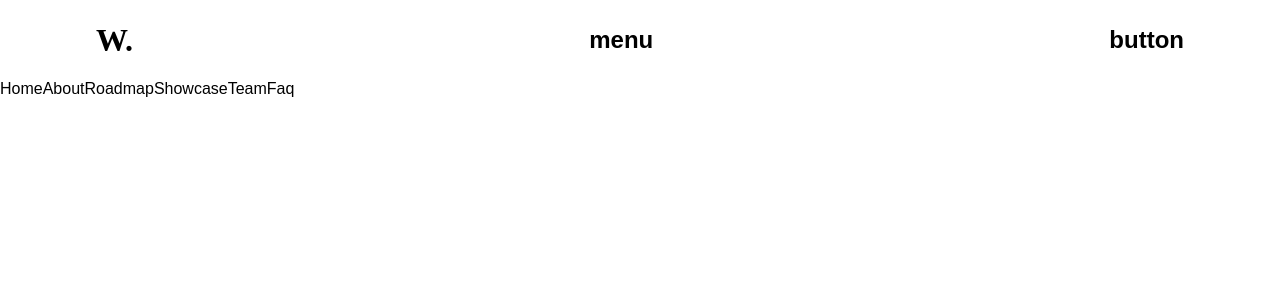
Repository: guilhermecardoso93/The-Weirdos-NFT-Website-Starter-Code
Page: /
The author's editor kept a copy of each file at every save. The page is drawn from the files as they stood at one save, then again after the next save.
The browser window is 1280 px wide. The pictures show the whole page.
Some web fonts or font styles are not loaded; a fallback is used. The project was rebuilt for these pictures with package versions that can differ from the ones it lists, and the page was loaded fresh each time.

Above is the page before, as saved 2023-11-13 18:50:40.

### src/index.js
import React from 'react';
import ReactDOM from 'react-dom';
import {App} from './App';
import '../node_modules/normalize.css/normalize.css';
import { BrowserRouter } from 'react-router-dom';

//import reportWebVitals from './reportWebVitals';

ReactDOM.render(
  <React.StrictMode>
    <BrowserRouter>
      <App />
    </BrowserRouter>
  </React.StrictMode>,
  document.getElementById('root')
);

// If you want to start measuring performance in your app, pass a function
// to log results (for example: reportWebVitals(console.log))
// or send to an analytics endpoint. Learn more: https://bit.ly/CRA-vitals
//reportWebVitals();

### src/App.js
import { ThemeProvider } from "styled-components";

import { GlobalStyles } from "./styles/GlobalStyles";
import { light } from "./styles/Theme";

import { Navigation } from "./components/Navigation";
import { Home } from "./components/sections/Home";
import { About } from "./components/sections/About";
import { Roadmap } from "./components/sections/Roadmap";
import { Showcase } from "./components/sections/Showcase";
import { Team } from "./components/sections/Team";
import { Faq } from "./components/sections/Faq";

export function App() {
  return (
    <>
      <GlobalStyles />
        <ThemeProvider theme={light}>
          <Navigation />
          <Home />
          <About />
          <Roadmap />
          <Showcase />
          <Team />
          <Faq />
        </ThemeProvider>
    </>
  );
}

### src/styles/GlobalStyles.js
import { createGlobalStyle } from "styled-components"

import '@fontsource/akaya-telivigala';
import '@fontsource-variable/sora';


export const GlobalStyles = createGlobalStyle`
  *,*::before,*::after {
    margin: 0;
    padding: 0;
  }

  body {
  font-family: 'Sora Variable', sans-serif;
  overflow-x: hidden;
}

  h1, h2, h3, h4, h5, h6 {
  margin: 0;
  padding: 0;
  }

  a {
  color: inherit;
  text-decoration: none;
  }
`

### src/styles/Theme.js
export const light = {
    body: "#fff",
    text: "#202020",
    bodyRgba: "255, 255, 255",
    textRgba: "32,32,32",

    carouselColor: '#EEEDDE',

    fontxs: '0.75em',
    fontsm: '0.875em',
    fontmd: '1em', // 1em = 16px
    fontlg: '1.25em',
    fontxl: '2em',
    fontxxl: '3em',
    fontxxxl: '4em',

    fontButton: '0.875em',
    navHeight: '5rem',
}

export const dark = {
    body: "#202020",
    text: "#fff",

    bodyRgba: "32,32,32",
    textRgba: "255, 255, 255",

    carouselColor: '#EEEDDE',

    fontxs: '0.75em',
    fontsm: '0.875em',
    fontmd: '1em', // 1em = 16px
    fontlg: '1.25em',
    fontxl: '2em',
    fontxxl: '3em',
    fontxxxl: '4em',

    fontButton: '0.875em',
    navHeight: '5rem',
}

### src/components/Navigation/index.jsx
import { Logo } from "../Logo";
import { Section, NavBar } from "./style";

export function Navigation() {
  return (
    <Section>
      <NavBar>
        <Logo />
        <h2>menu</h2>
        <h2>button</h2>
      </NavBar>
      </Section>
  )
}

### src/components/sections/Home/index.jsx
export function Home() {
  return (
    <>
      Home
    </>
  )
}

### src/components/sections/About/index.jsx
export function About() {
  return (
    <>
      About
    </>
  )
}

### src/components/sections/Roadmap/index.jsx
export function Roadmap() {
  return (
    <>
      Roadmap
    </>
  )
}

### src/components/sections/Showcase/index.jsx
export function Showcase() {
  return (
    <>
      Showcase
    </>
  )
}

### src/components/sections/Team/index.jsx
export function Team() {
  return (
    <>
      Team
    </>
  )
}

### src/components/sections/Faq/index.jsx
export function Faq() {
  return (
    <>
      Faq
    </>
  )
}

### src/components/Logo/index.jsx
import { Link } from 'react-router-dom'
import { LogoText } from './style'

export function Logo() {
  return (
    <LogoText>
      <Link to='/'>
        W.
      </Link>
    </LogoText>
  )
}

### src/components/Navigation/style.js
import styled from "styled-components";

export const Section = styled.section`
  width: 100vw;
  background-color: ${props => props.theme.body};
`

export const NavBar = styled.nav`
  display: flex;
  justify-content: space-between;
  align-items: center;

  width: 85%;
  height: ${props => props.theme.navHeight};
  margin: 0 auto;
`

### src/components/Logo/style.js
import styled from "styled-components";
import "@fontsource/akaya-telivigala";

export const LogoText = styled.h1`
  font-family: "Akaya Telivigala", cursive;
font-size: ${props => props.theme.fontxxx1};
`;

Loaded but not shown: public/index.html (common file)

After the next save:
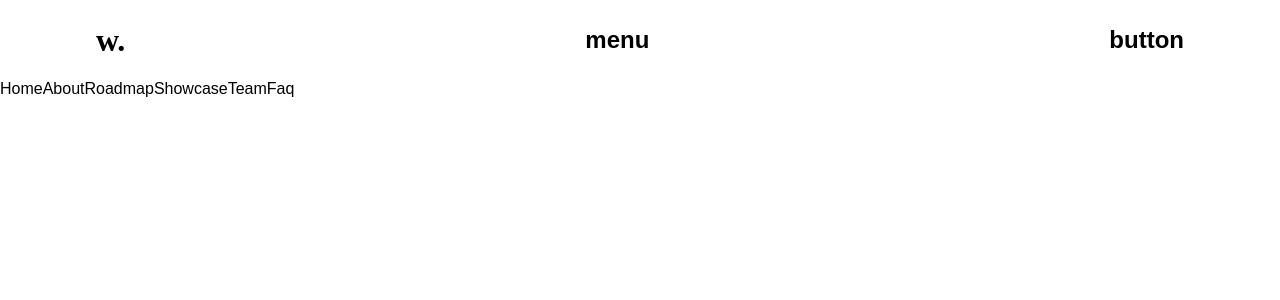
Saved 11 s later.
--- a/src/components/Logo/index.jsx
+++ b/src/components/Logo/index.jsx
@@ -1,12 +1,10 @@
-import { Link } from 'react-router-dom'
-import { LogoText } from './style'
+import { Link } from "react-router-dom";
+import { LogoText } from "./style";
 
 export function Logo() {
   return (
     <LogoText>
-      <Link to='/'>
-        W.
-      </Link>
+      <Link to="/">w.</Link>
     </LogoText>
-  )
+  );
 }
